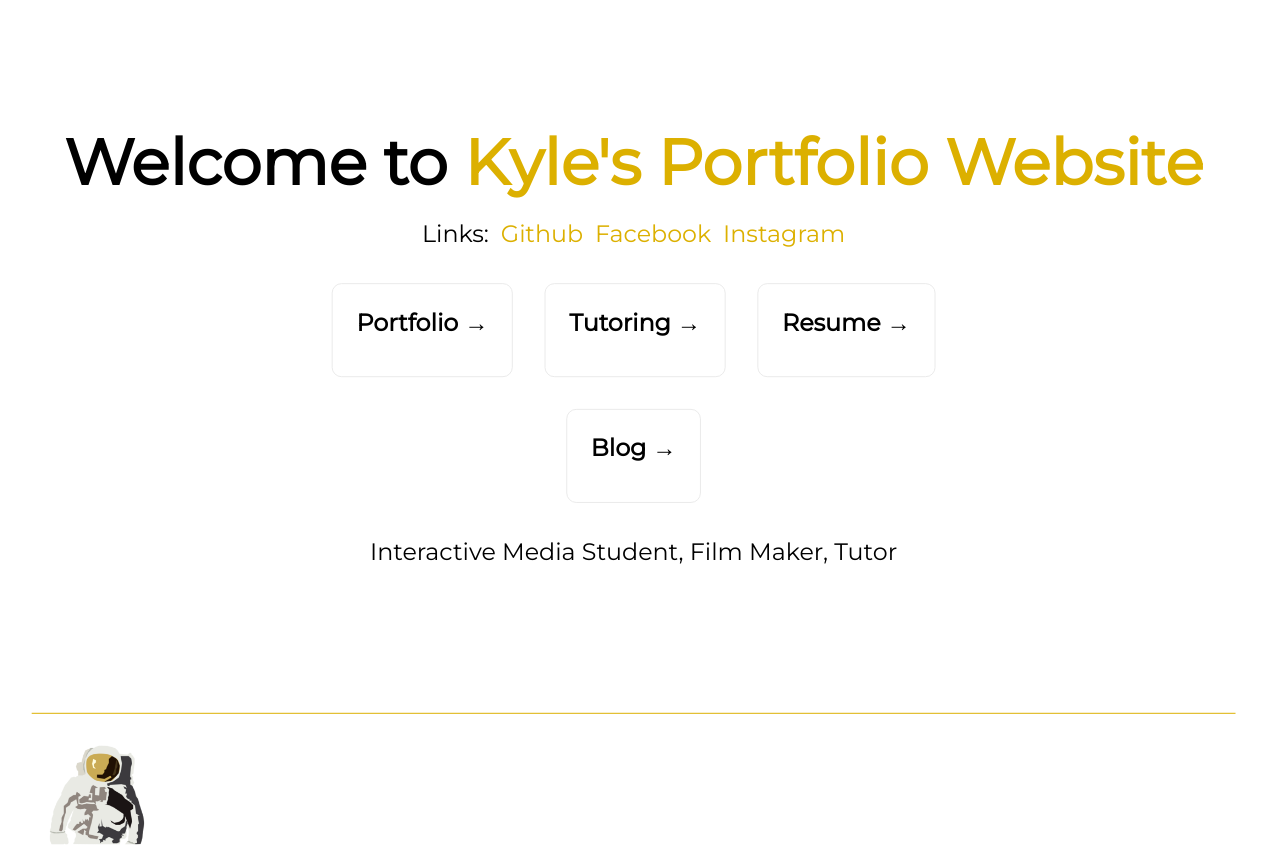
Repository: neomort/CL-portfolio-site
Page: /
The author's editor kept a copy of each file at every save. The page is drawn from the files as they stood at one save, then again after the next save.
The browser window is 1280 px wide. The pictures show the whole page, at 99% of full size.
The project was rebuilt for these pictures with package versions that can differ from the ones it lists, and the page was loaded fresh each time. The framework's server and built-in components were replaced by stand-ins that run in the browser. Also part of the build but not shown: next.config.js.

Above is the page before, as saved 2021-12-14 14:56:17.

### pages/_document.js
import Document, { Html, Head, Main, NextScript } from 'next/document'

class MyDocument extends Document {


  render() {
    return (
      <Html>
        <Head>
        <link rel="apple-touch-icon" sizes="180x180" href="/images/favicons/apple-touch-icon.png" />
        <link rel="icon" type="image/png" sizes="32x32" href="/images/favicons/favicon-32x32.png" />
        <link rel="icon" type="image/png" sizes="16x16" href="/images/favicons/favicon-16x16.png" />
        <link rel="manifest" href="/images/favicons//site.webmanifest" />
        <link rel="mask-icon" href="/safari-pinned-tab.svg" color="#5bbad5" />
        <meta name="msapplication-TileColor" content="#da532c" />
        <meta name="theme-color" content="#ffffff"></meta>

        <link href="https://fonts.googleapis.com/css2?family=Montserrat:wght@400&display=swap" rel="stylesheet"/>
        </Head>

        <body>
          <Main />
          <NextScript />
        </body>
      </Html>
    )
  }
}

export default MyDocument

### pages/index.js
import Head from 'next/head'
import Image from 'next/image'
import styles from '../styles/Home.module.css'

export default function Home() {
  return (
    <div className={styles.container}>
      <Head>
        <title>Kyle's Portfolio</title>
        <meta name="description" content="If you are reading this you are really impressive" />

      </Head>

      <main className={styles.main}>
        <h1 className={styles.title}>
          Welcome to <a href="https://kyleadams.com/">Kyle's Portfolio Website</a>
        </h1>



        <p className={styles.description}>
          Links:
          <a href="https://github.com/neomort">Github</a>
          <a href="https://github.com/neomort">Facebook</a>
          <a href="https://github.com/neomort">Instagram</a>
          {/* <code className={styles.code}>this is code</code> */}
        </p>

        <div className={styles.grid}>
          <a href="https://nextjs.org/docs" className={styles.card}>
            <h2>Portfolio &rarr;</h2>
            <p></p>
          </a>

          <a href="https://nextjs.org/learn" className={styles.card}>
            <h2>Tutoring &rarr;</h2>
            <p></p>
          </a>

          <a
            href="https://github.com/vercel/next.js/tree/master/examples"
            className={styles.card}
          >
            <h2>Resume &rarr;</h2>
            <p></p>
          </a>

          <a
            href="https://vercel.com/new?utm_source=create-next-app&utm_medium=default-template&utm_campaign=create-next-app"
            className={styles.card}
          >
            <h2>Blog &rarr;</h2>
            <p>

            </p>
          </a>


        </div>

        <p className={styles.description}>
        Interactive Media Student, Film Maker, Tutor
        </p>
      </main>

      <footer className={styles.footer}>
        <a
          href="https://kyleadams.com/"
          target="_blank"
          rel="noopener noreferrer"
        >

          <span className={styles.logo}>
            <Image src="/images/favicons/apple-touch-icon.png" alt="Spaceman" width={100} height={100} />
          </span>
        </a>
      </footer>
    </div>
  )
}

### styles/globals.css
html,
body {
  padding: 0;
  margin: 0;
  font-family: 'Montserrat', sans-serif;
}

a {
  color: inherit;
  text-decoration: none;
}

* {
  box-sizing: border-box;
}

### styles/Home.module.css
.container {
  padding: 0 2rem;
}

.main {
  min-height: 100vh;
  padding: 2rem 0;
  flex: 1;
  display: flex;
  flex-direction: column;
  justify-content: center;
  align-items: center;
}

.footer {
  display: flex;
  flex: 1;
  padding: 2rem 0;
  border-top: 1px solid #dcb000;
  justify-content: left;
  align-items: center;
}

.footer a {
  display: flex;
  justify-content: left;
  align-items: center;
  flex-grow: 1;
}

.title a {
  color: #dcb000;
  text-decoration: none;
}

.title a:hover,
.title a:focus,
.title a:active {
  text-decoration: underline;
}

.title {
  margin: 0;
  line-height: 1.15;
  font-size: 4rem;
}

.title,
.description {
  text-align: center;
}

.description {
  margin: 1rem 0;
  line-height: 1.5;
  font-size: 1.5rem;
}

.description a{
  padding-left: 0.75rem;
  color: #dcb000;
  text-decoration: none;
}

.code {
  background: #fafafa;
  border-radius: 5px;
  padding: 0.75rem;
  font-size: 1.1rem;
  font-family: Menlo, Monaco, Lucida Console, Liberation Mono, DejaVu Sans Mono,
    Bitstream Vera Sans Mono, Courier New, monospace;
}

.grid {
  display: flex;
  align-items: center;
  justify-content: center;
  flex-wrap: wrap;
  max-width: 800px;
}

.card {
  margin: 1rem;
  padding: 1.5rem;
  text-align: left;
  color: inherit;
  text-decoration: none;
  border: 1px solid #eaeaea;
  border-radius: 10px;
  transition: color 0.15s ease, border-color 0.15s ease;
  max-width: 300px;
}

.card:hover,
.card:focus,
.card:active {
  color: #0070f3;
  border-color: #0070f3;
}

.card h2 {
  margin: 0 0 1rem 0;
  font-size: 1.5rem;
}

.card p {
  margin: 0;
  font-size: 1.25rem;
  line-height: 1.5;
}

.logo {
  height: 2em;
  margin-left: 1rem;
}

@media (max-width: 600px) {
  .grid {
    width: 100%;
    flex-direction: column;
  }
}

Loaded but not shown: pages/_app.js (common file)

After the next save:
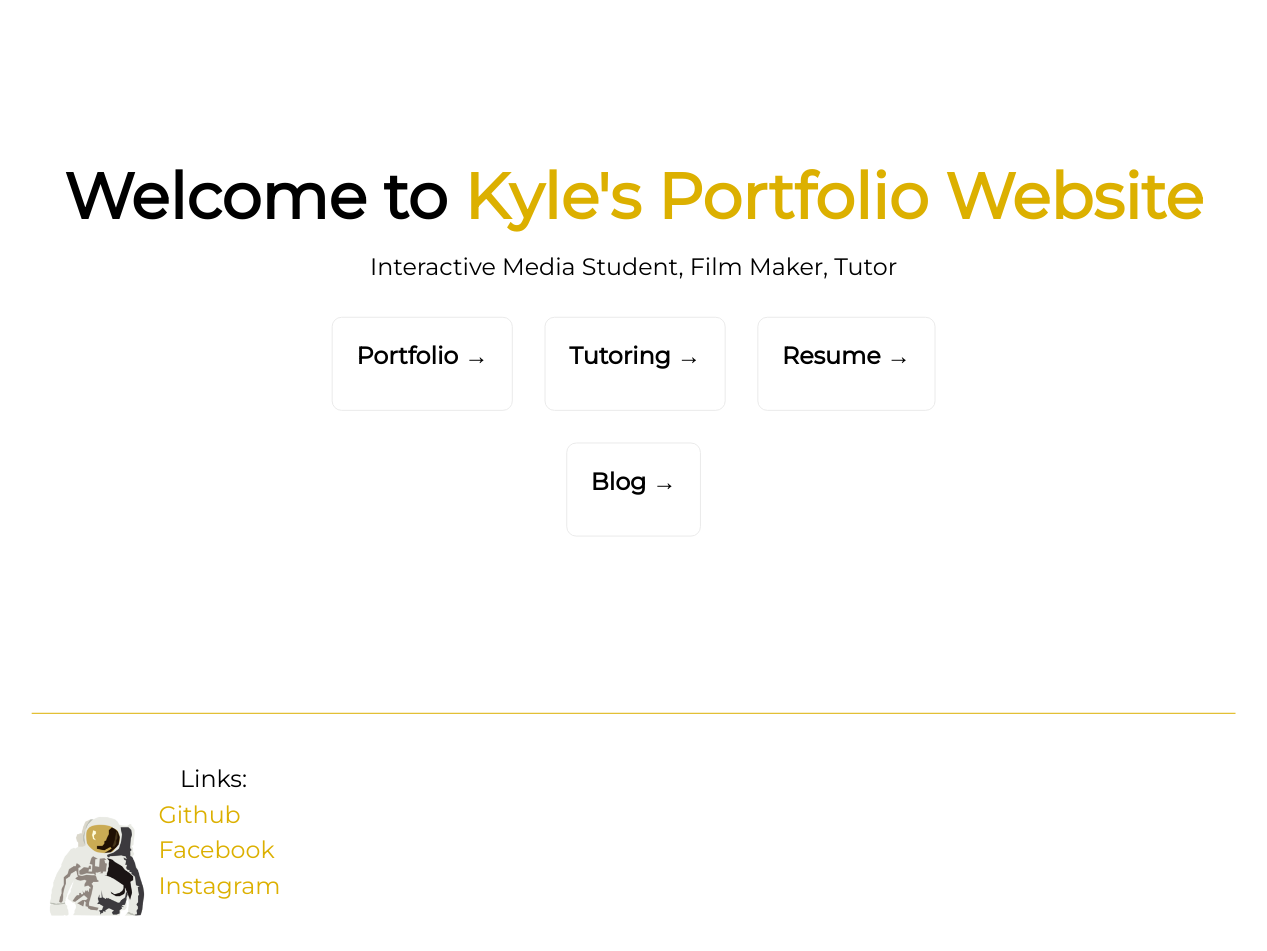
Saved 34 s later.
--- a/pages/index.js
+++ b/pages/index.js
@@ -16,15 +16,11 @@ export default function Home() {
           Welcome to <a href="https://kyleadams.com/">Kyle's Portfolio Website</a>
         </h1>
 
+        <p className={styles.description}>
+        Interactive Media Student, Film Maker, Tutor
+        </p>
 
 
-        <p className={styles.description}>
-          Links:
-          <a href="https://github.com/neomort">Github</a>
-          <a href="https://github.com/neomort">Facebook</a>
-          <a href="https://github.com/neomort">Instagram</a>
-          {/* <code className={styles.code}>this is code</code> */}
-        </p>
 
         <div className={styles.grid}>
           <a href="https://nextjs.org/docs" className={styles.card}>
@@ -54,13 +50,7 @@ export default function Home() {
 
             </p>
           </a>
-
-
         </div>
-
-        <p className={styles.description}>
-        Interactive Media Student, Film Maker, Tutor
-        </p>
       </main>
 
       <footer className={styles.footer}>
@@ -73,6 +63,15 @@ export default function Home() {
           <span className={styles.logo}>
             <Image src="/images/favicons/apple-touch-icon.png" alt="Spaceman" width={100} height={100} />
           </span>
+          <span>
+            <p className={styles.description}>
+          Links:
+          <a href="https://github.com/neomort">Github</a>
+          <a href="https://github.com/neomort">Facebook</a>
+          <a href="https://github.com/neomort">Instagram</a>
+          {/* <code className={styles.code}>this is code</code> */}
+          </p>
+          </span>
         </a>
       </footer>
     </div>
